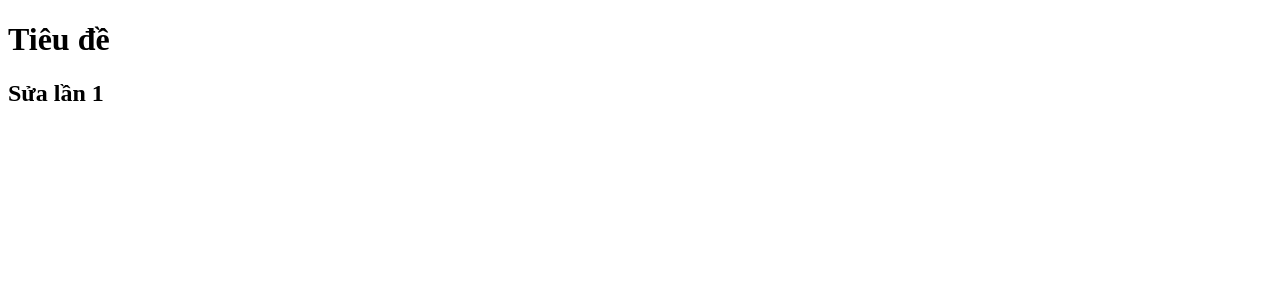
Repository: hnq145/DuAn_6
Page: index.html
An editor plug-in stored every save of this project. The page is shown before and after the next save, followed by the edit.
The browser window is 1280 px wide. The pictures show the whole page.

Above is the page before, as saved 2024-06-01 11:52:29.

After the next save:
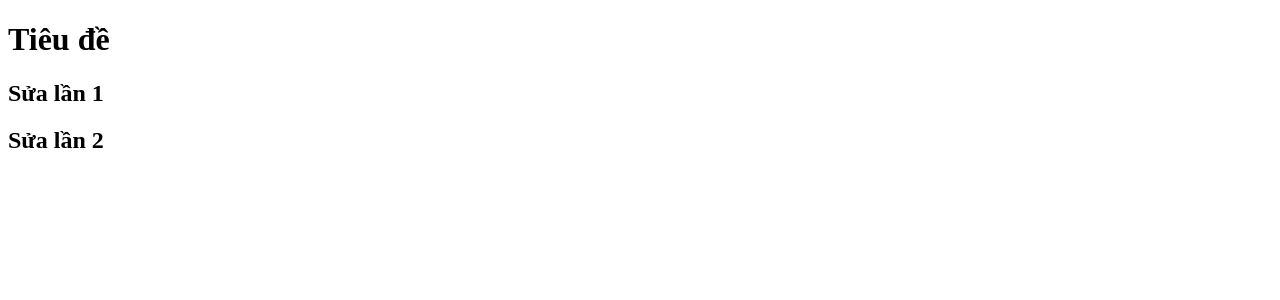
Saved 36 s later.
--- a/index.html
+++ b/index.html
@@ -8,5 +8,6 @@
   <body>
     <h1>Tiêu đề</h1>
     <h2>Sửa lần 1</h2>
+    <h2>Sửa lần 2</h2>
   </body>
 </html>
